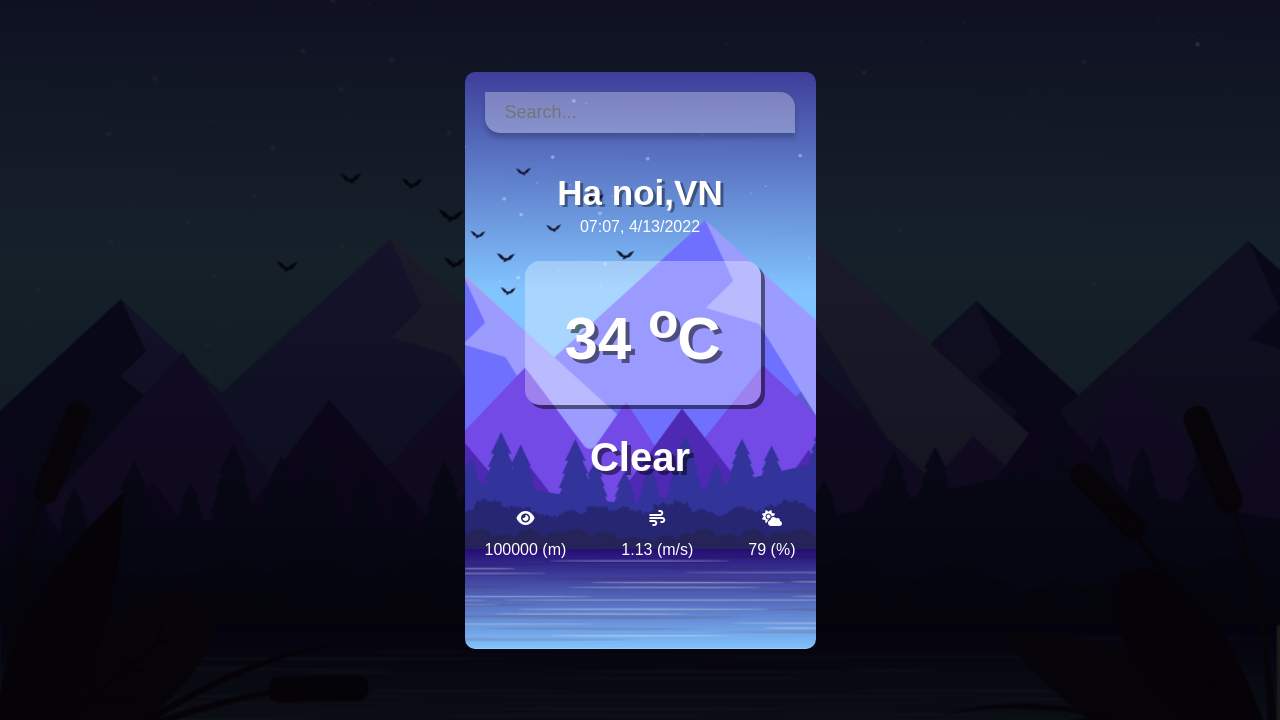
Repository: nganha241/weather-app
Page: index.html
An editor plug-in stored every save of this project. The page is shown before and after the next save, followed by the edit.
The browser window is 1280 px wide. The pictures show the whole page.
The page's requests for data from a server got no answer. Some web libraries are served in a nearby version.

Above is the page before, as saved 2022-04-14 09:32:10.

### index.html
<!DOCTYPE html>
<html lang="en">
  <head>
    <meta charset="UTF-8" />
    <meta http-equiv="X-UA-Compatible" content="IE=edge" />
    <meta name="viewport" content="width=device-width, initial-scale=1.0" />
    <title>Document</title>
    <link rel="stylesheet" href="./style.css" />
  </head>
  <body>
    <div id="weather">
      <div class="header">
        <input type="text" placeholder="Search..." />
      </div>
      <div class="content">
        <div class="capital">
          <li class="city">Ha noi</li>
          <span> , </span>
          <li class="country">VN</li>
        </div>

        <div class="time">07:07, <span class="date">4/13/2022</span></div>
        <div class="deg">
          <p>34 <sup>o</sup> C</p>
        </div>
        <div class="status">Clear</div>
      </div>
      <div class="footer">
        <div class="detail">
          <div class="distance">
            <div><i class="fa-solid fa-eye"></i></div>
            <div class="value">100000 <span>(m)</span></div>
          </div>
          <div class="speed">
            <div><i class="fa-solid fa-wind"></i></div>
            <div class="value">1.13 <span>(m/s)</span></div>
          </div>
          <div class="humidity">
            <div><i class="fa-solid fa-cloud-sun"></i></div>
            <div class="value">79 <span>(%)</span></div>
          </div>
        </div>
      </div>
    </div>
    <script
      src="https://kit.fontawesome.com/ae971d7ee0.js"
      crossorigin="anonymous"
    ></script>
    <script src="./main.js"></script>
  </body>
</html>

### style.css
* {
    padding: 0;
    margin: 0;
    box-sizing: border-box;
}

body {
    font-family: sans-serif;
    height: 100vh;
    display: flex;
    justify-content: center;
    align-items: center;
    background: linear-gradient(to top, rgba(0, 0, 0, 0.9), rgba(0, 0, 0, 0.8)), url(./img1.png) no-repeat center/cover;
    color: #fff;
}

#weather {
    padding: 20px;
    width: 351px;
    height: 577px;
    border: none;
    border-radius: 10px;
    background: url(./img1.png) no-repeat center/cover;
    position: relative;
}

.header input{
    width: 310px;
    height: 41px;
    border-radius: 0px 15px 0px 15px;
    border: none;
    background: rgba(255, 255, 255, 0.3);
    box-shadow: 0px 5px 5px rgba(0, 0, 0, 0.2);
    outline: none;
    font-size: 18px;
    padding: 0 20px;
    transition: 0.4s;
}

.header input:focus {
    border-radius: 15px 0px 15px 0px;
    background: rgba(255, 255, 255, 0.7);
}

.content {
    margin-top: 40px;
    text-align: center;
}

.capital {
    display: flex;
    justify-content: center;
    font-size: 35px;
    font-weight: 600;
    text-shadow: 3px 2px rgba(0, 0, 0, 0.4);
}

.capital li {
    list-style: none;
}

.time {
    margin-top: 5px;
}

.deg {
    width: 236px;
    height: 144px;
    border-radius: 15px;
    background: rgba(255, 255, 255, 0.3);
    box-shadow: 4px 4px rgba(0, 0, 0, 0.5);
    display: flex;
    justify-content: center;
    align-items: center;
    margin-top: 25px;
    margin-left: 40px;
}

.deg p {
    font-size: 60px;
    font-weight: 800;
    text-shadow: 4px 4px rgba(0, 0, 0, 0.5) ;
}

.deg p sup {
    margin-right: -18px;
}

.status {
    margin-top: 30px;
    font-size: 40px;
    font-weight: 700;
    text-shadow: 4px 4px rgba(0, 0, 0, 0.5) ;
}

.footer {
    margin-top: 30px;
}

.detail {
    display: flex;
    justify-content: space-between;
    align-items: center;
    text-align: center;
}

.detail .fa-solid {
   padding-bottom: 15px;
}

### main.js
const search = document.querySelector("input");
const city = document.querySelector(".city");
const country = document.querySelector(".country");
const deg = document.querySelector(".deg p");
const status = document.querySelector(".status");
const distance = document.querySelector(".distance value");
const speed = document.querySelector(".speed value");
const humidity = document.querySelector(".humidity value");
console.log(country);
async function changeWeatherUI() {
  // const val = search.value.trim();
  const val = "Tokyo";
  let apiUrl = `https://api.openweathermap.org/data/2.5/weather?q=${val}&appid=7db7f7f1454b662870a48eb474a823f9`;

  let data = await fetch(apiUrl).then((res) => res.json());
  console.log(data);

  city.innerText = data.name + " ,";
  country.innerText = data.sys.country;
}

changeWeatherUI();

After the next save:
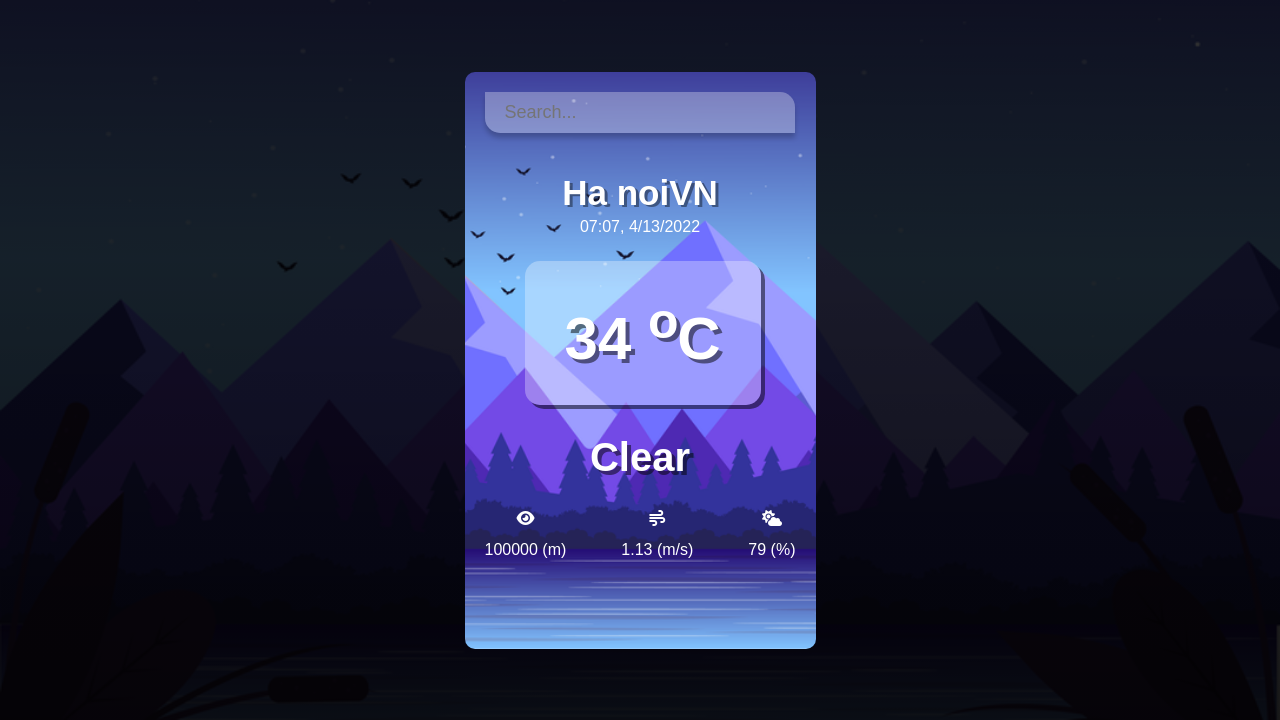
Saved 9 s later.
--- a/index.html
+++ b/index.html
@@ -15,7 +15,6 @@
       <div class="content">
         <div class="capital">
           <li class="city">Ha noi</li>
-          <span> , </span>
           <li class="country">VN</li>
         </div>
 
